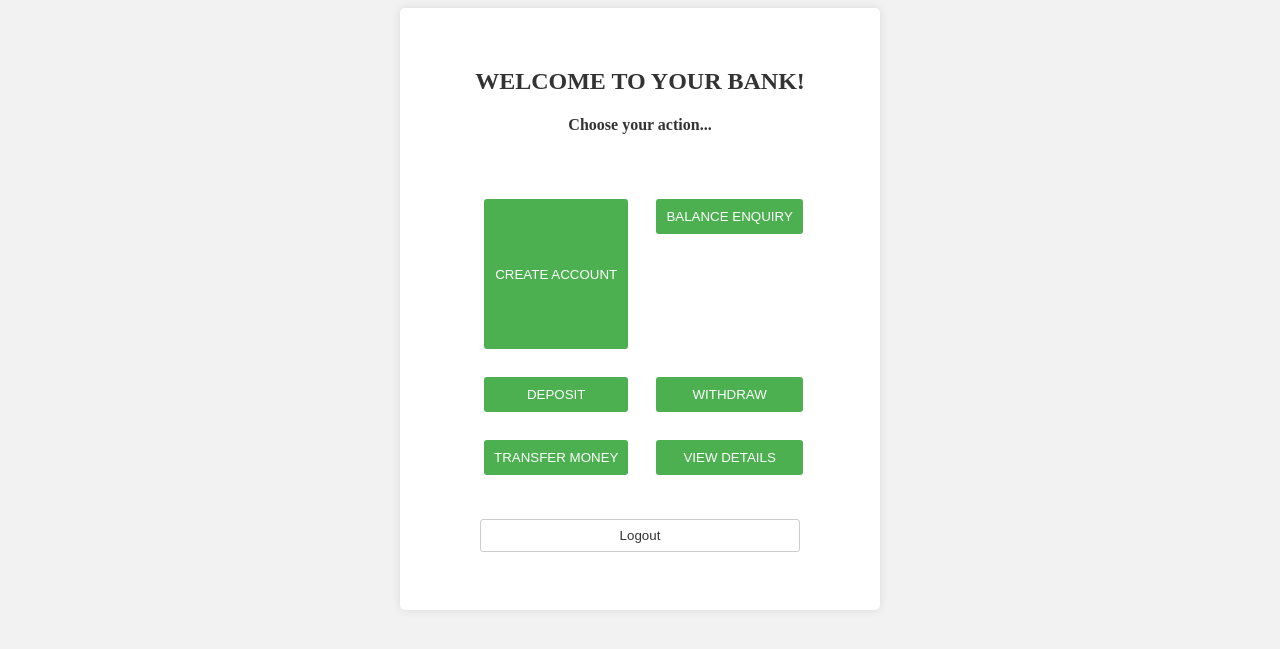
Repository: mansistic-0n3/Java_IGT
Page: Java Project/BankServlet/src/main/webapp/Home.html
The author's editor kept a copy of each file at every save. The page is drawn from the files as they stood at one save, then again after the next save.
The browser window is 1280 px wide. The pictures show the whole page.

Above is the page before, as saved 2023-07-03 06:02:21.

### Java Project/BankServlet/src/main/webapp/Home.html
<!DOCTYPE html>
<html>
<head>
  <title>BANK</title>
  <style>
    .image-button {
      width: 150px;
      height: 150px;
      border: none;
      background-image: url("create.png") no-repeat center center;
      background-size: contain;
      cursor: pointer;
      transition: transform 0.3s;
    }

    .image-button:hover {
      transform: scale(1.1);
    }
  </style>
</head>
<body style="background-color: #f2f2f2; text-align:center;">
<div style="max-width: 400px; margin: 0 auto; padding: 40px; background-color: #ffffff; border-radius: 5px; box-shadow: 0 0 10px rgba(0, 0, 0, 0.1);">
 <h2 style="text-align: center; color: #333333;">WELCOME TO YOUR BANK!</h2>
 <h4 style="text-align: center; color: #333333;">Choose your action...</h4>
  <div style="display: grid; grid-template-columns: repeat(2, 1fr); gap: 20px; max-width: 400px; margin: 0 auto; padding: 40px;">
   <form action="create.html"> <div style="text-align: center;padding:4px;">
      <input type="submit" class="image-button" value = "CREATE ACCOUNT" style="width: 100%; padding: 10px; border-radius: 3px; border: none; background-color: #4CAF50; color: #ffffff; cursor: pointer;">
    </div></form>
    <form action="Bal.html"> <div style="text-align: center;padding:4px;">
      <input type="submit" value = "BALANCE ENQUIRY" style="width: 100%; padding: 10px; border-radius: 3px; border: none; background-color: #4CAF50; color: #ffffff; cursor: pointer;">
    </div></form>
   <form action="Deposit.html"> <div style="text-align: center;padding:4px;">
      <input type="submit" value = "DEPOSIT" style="width: 100%; padding: 10px; border-radius: 3px; border: none; background-color: #4CAF50; color: #ffffff; cursor: pointer;">
    </div></form>
    <form action="Withdraw.html"> <div style="text-align: center; padding:4px;">
      <input type="submit" value = "WITHDRAW" style="width: 100%; padding: 10px; border-radius: 3px; border: none; background-color: #4CAF50; color: #ffffff; cursor: pointer;">
    </div></form>
     <form action="transfer.html"> <div style="text-align: center; padding:4px;">
      <input type="submit" value = "TRANSFER MONEY" style="width: 100%; padding: 10px; border-radius: 3px; border: none; background-color: #4CAF50; color: #ffffff; cursor: pointer;">
    </div></form>
    <form action="detail.html"> <div style="text-align: center; padding:4px;">
      <input type="submit" value = "VIEW DETAILS" style="width: 100%; padding: 10px; border-radius: 3px; border: none; background-color: #4CAF50; color: #ffffff; cursor: pointer;">
    </div></form>
  </div>

      <form action="login.html">
        <input type="submit" value="Logout" style="width: 80%; padding: 8px; border-radius: 3px; border: 1px solid #cccccc; background-color: #ffffff; color: #333333; cursor: pointer;">
      <br><br></form></div>
</body>
</html>

After the next save:
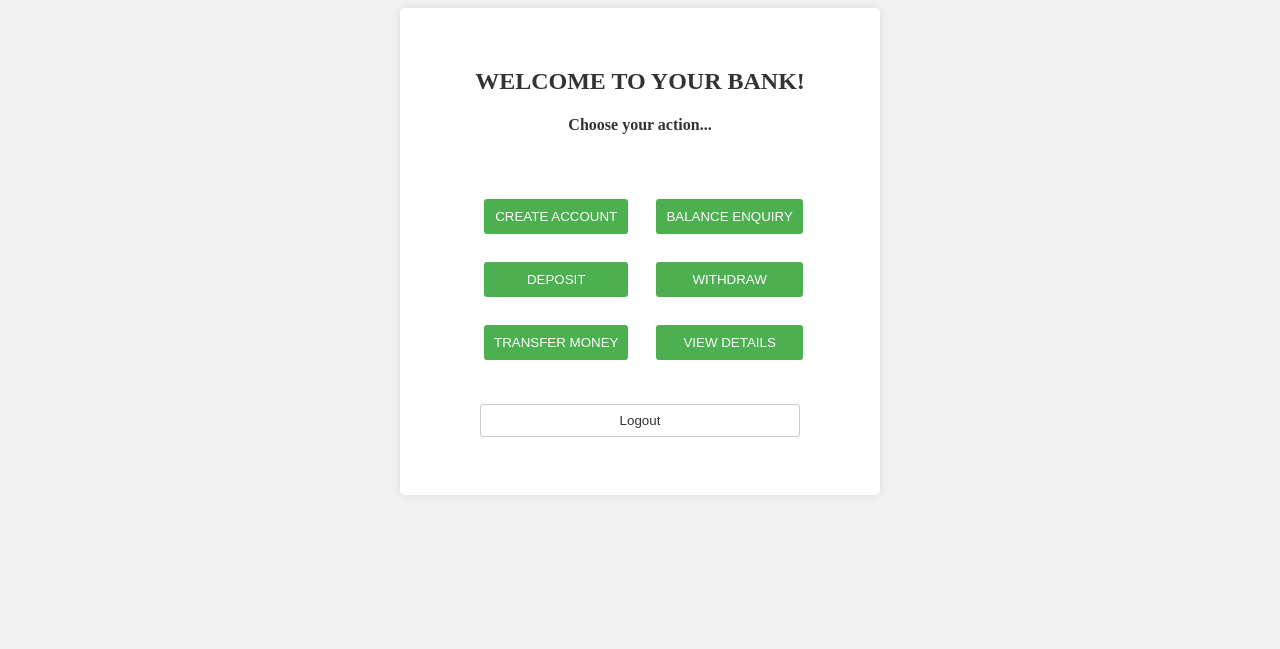
Saved 3 min 22 s later.
--- a/Java Project/BankServlet/src/main/webapp/Home.html
+++ b/Java Project/BankServlet/src/main/webapp/Home.html
@@ -2,21 +2,7 @@
 <html>
 <head>
   <title>BANK</title>
-  <style>
-    .image-button {
-      width: 150px;
-      height: 150px;
-      border: none;
-      background-image: url("create.png") no-repeat center center;
-      background-size: contain;
-      cursor: pointer;
-      transition: transform 0.3s;
-    }
 
-    .image-button:hover {
-      transform: scale(1.1);
-    }
-  </style>
 </head>
 <body style="background-color: #f2f2f2; text-align:center;">
 <div style="max-width: 400px; margin: 0 auto; padding: 40px; background-color: #ffffff; border-radius: 5px; box-shadow: 0 0 10px rgba(0, 0, 0, 0.1);">
@@ -24,7 +10,7 @@
  <h4 style="text-align: center; color: #333333;">Choose your action...</h4>
   <div style="display: grid; grid-template-columns: repeat(2, 1fr); gap: 20px; max-width: 400px; margin: 0 auto; padding: 40px;">
    <form action="create.html"> <div style="text-align: center;padding:4px;">
-      <input type="submit" class="image-button" value = "CREATE ACCOUNT" style="width: 100%; padding: 10px; border-radius: 3px; border: none; background-color: #4CAF50; color: #ffffff; cursor: pointer;">
+      <input type="submit" value = "CREATE ACCOUNT" style="width: 100%; padding: 10px; border-radius: 3px; border: none; background-color: #4CAF50; color: #ffffff; cursor: pointer;">
     </div></form>
     <form action="Bal.html"> <div style="text-align: center;padding:4px;">
       <input type="submit" value = "BALANCE ENQUIRY" style="width: 100%; padding: 10px; border-radius: 3px; border: none; background-color: #4CAF50; color: #ffffff; cursor: pointer;">
